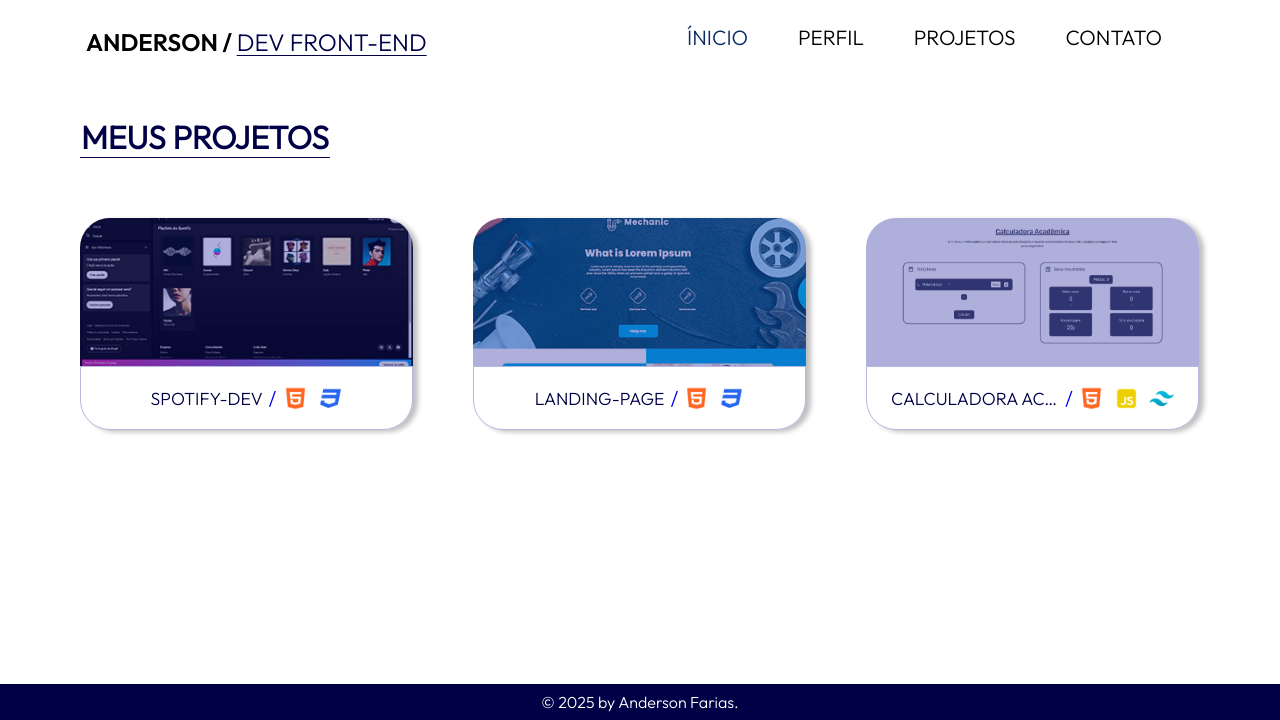
Repository: AndersonGSFarias/Portfolio
Page: html/projects.html
An editor plug-in stored every save of this project. The page is shown before and after the next save, followed by the edit.
The browser window is 1280 px wide. The pictures show the whole page.
An inner scrolling area shows only its first screen.

Above is the page before, as saved 2025-09-16 21:22:39.

After the next save:
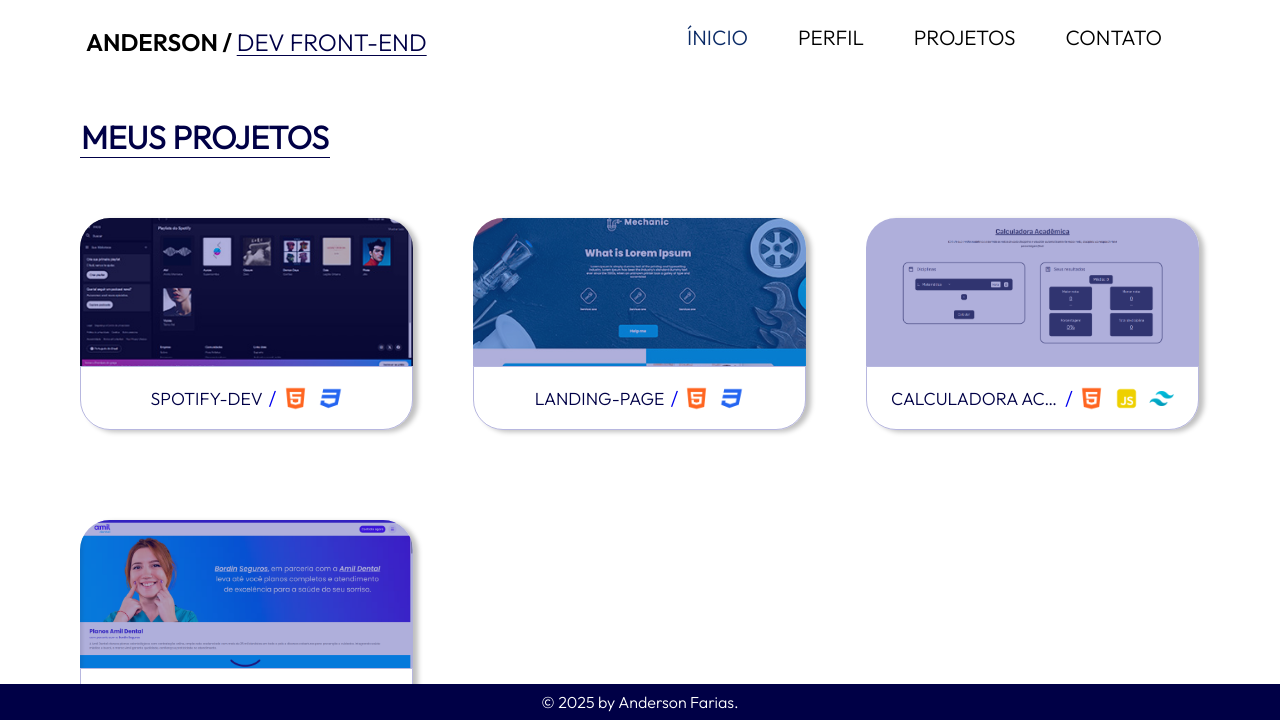
Saved 14 s later.
--- a/html/projects.html
+++ b/html/projects.html
@@ -104,6 +104,23 @@
                 </div>
               </article>
             </a>
+            <a class="project" rel="noopener noreferrer" target="_blank" href="https://amil-dental-bordin.vercel.app/">
+              <article class="project-box">
+                <div class="project-top">
+                  <img src="img/projects/amil-dental-bordin-project.png" alt="Amil Dental" />
+                  <div class="overlay"></div>
+                </div>
+                <div class="project-bottom">
+                  <p>Amil Dental Bordin</p>
+                  <span>/</span>
+                  <div class="technologys">
+                    <img class="technology-used" src="img/technology-icons/html5.png" alt="Ícone da tecnologia HTML5" />
+                    <img class="technology-used" src="img/technology-icons/javascript.png" alt="Ícone da tecnologia JavaScript" />
+                    <img class="technology-used" src="img/technology-icons/tailwind.png" alt="Ícone da tecnologia TailwindCSS" />
+                  </div>
+                </div>
+              </article>
+            </a>
           </section>
         </div>
       </main>
